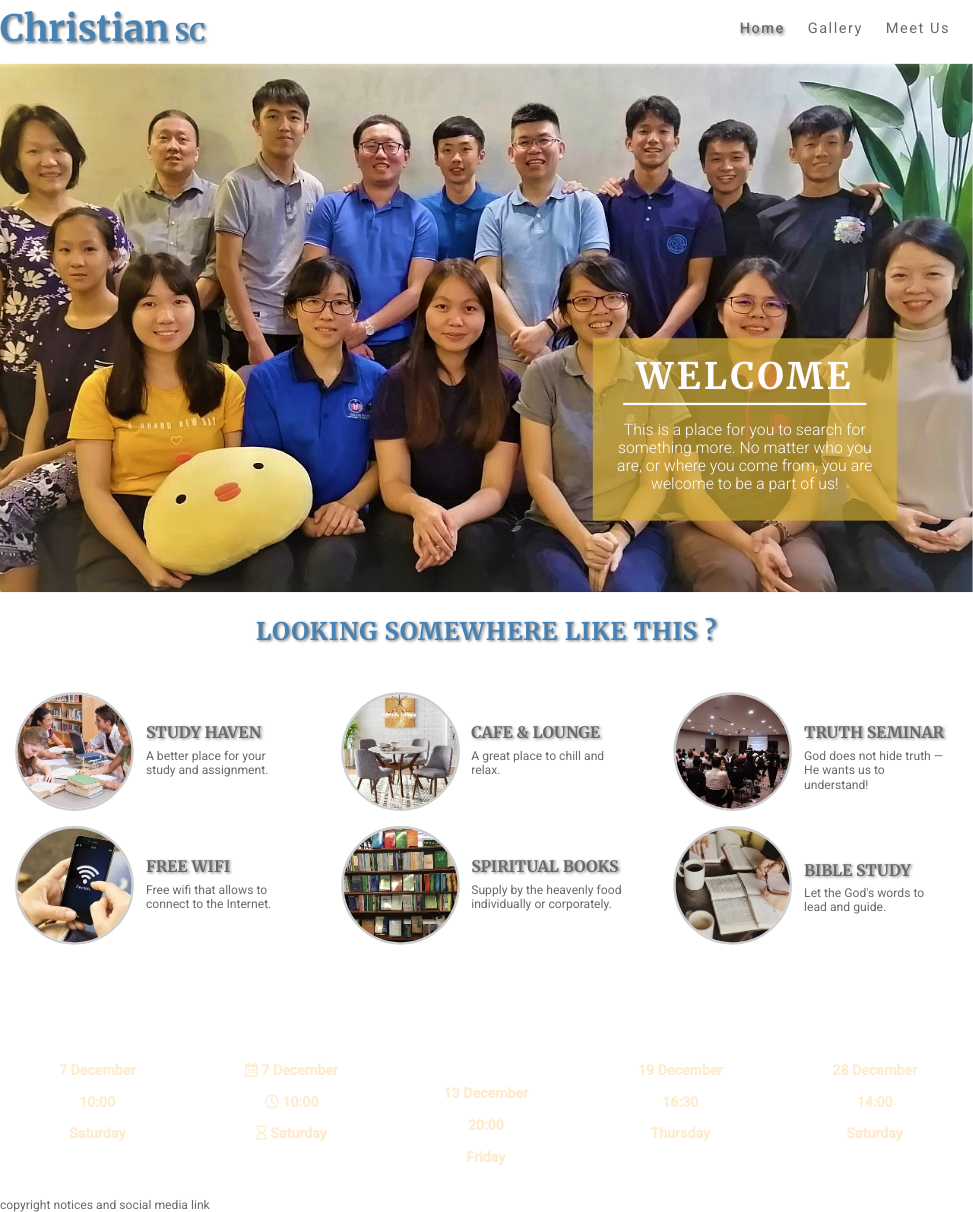
Repository: kongteckmee/christian-sc
Page: index.html
The author's editor kept a record of every edit. The page is drawn from the files as they stood at one moment, then again after the next edit.
The browser window is 1280 px wide. The pictures show the whole page, at 76% of full size.
Some web libraries are served in a nearby version.

Above is the page before.

### index.html
<!DOCTYPE html>
<html lang="en">
<head>
    <meta charset="UTF-8">
    <meta name="viewport" content="width=device-width, initial-scale=1.0">
    <meta http-equiv="X-UA-Compatible" content="ie=edge">
    <link rel="stylesheet" href="https://use.fontawesome.com/releases/v5.1.1/css/all.css" integrity="sha384-O8whS3fhG2OnA5Kas0Y9l3cfpmYjapjI0E4theH4iuMD+pLhbf6JI0jIMfYcK3yZ" crossorigin="anonymous">
    <link rel="stylesheet" href="assets/css/style.css" type="text/css" />
    <title>Christian Student Center</title>
</head>
<body>
    <header>
        <a id="logo" href="index.html">
            <h2><span style="font-size: 150%">Christian</span> SC</h2>
        </a>
        <nav>
            <ul id="scmenu">
                <li>
                    <a href="#">Meet Us</a>
                </li>
                <li>
                    <a href="#">Gallery</a>
                </li>
                <li>
                    <a class="scactive" href="index.html">Home</a>
                </li>
            </ul>
        </nav>
    </header>
    <section id="scmeetingrange">
        <div id="scmeeting"></div>
        <div id="welcome-text">
            <h1>Welcome</h1>
            <hr>
            <h3>This is a place for you to search for something more. No matter who you are, or where you come from, you are welcome to be a part of us!</h2>
        </div>
    </section>
    <section id="about">
        <h1>Looking Somewhere Like This ?</h1>
        <div id="left">
            <div class="left-right-side">
                <h2>Study Haven</h2>
                <br>
                <p>A better place for your study and assignment.</p>
            </div>
            <div id="container">
                <div id="contain-study"></div>
            </div>
            <div class="left-right-side">
                <h2>Free Wifi</h2>
                <br>
                <p>Free wifi that allows to connect to the Internet.</p>
            </div>
            <div id="container">
                <div id="contain-wifi"></div>
            </div>
        </div>
        <div id="right">
            <div class="left-right-side">
                <h2>Truth Seminar</h2>
                <br>
                <p>God does not hide truth — He wants us to understand!</p>
            </div>
            <div id="container">
                <div id="contain-seminar"></div>
            </div>
            <div class="left-right-side">
                <h2>Bible Study</h2>
                <br>
                <p>Let the God's words to lead and guide.</p>
            </div>
            <div id="container">
                <div id="contain-bible"></div>
            </div>
        </div>
        <div id="center">
            <div class="middle">
                <h2>Cafe & Lounge</h2>
                <br>
                <p>A great place to chill and relax.</p>
            </div>
            <div id="container">
                <div id="contain-cafe"></div>
            </div>
            <div class="middle">
                <h2>Spiritual Books</h2>
                <br>
                <p>Supply by the heavenly food individually or corporately.</p>
            </div>
            <div id="container">
                <div id="contain-books"></div>
            </div>
        </div>
    </section>
    <section id="event">
        <div>
            <h2>Cooking Class</h2>
            <h3>7 December</h3>
            <h3>10:00</h3>
            <h3>Saturday</h3>
        </div>
        <div>
            <h2>Cooking Class <i class="fas fa-utensils"></i></h2>
            <h3><i class="far fa-calendar-alt"></i> 7 December</h3>
            <h3><i class="far fa-clock"></i> 10:00</h3>
            <h3><i class="far fa-hourglass"></i> Saturday</h3>
        </div>
        <div>
            <h2>Life & Truth Seminar <i class="fas fa-chalkboard-teacher"></i></h2>
            <h3>13 December</h3>
            <h3>20:00</h3>
            <h3>Friday</h3>
        </div>
        <div>
            <h2>Soft Skill <i class="fas fa-lightbulb"></i></h2>
            <h3>19 December</h3>
            <h3>16:30</h3>
            <h3>Thursday</h3>
        </div>
        <div>
            <h2>Guitar Class <i class="fas fa-music"></i></h2>
            <h3>28 December</h3>
            <h3>14:00</h3>
            <h3>Saturday</h3>
        </div>
    </section>
    <footer>
        copyright notices and social media link
    </footer>
</body>
</html>

### assets/css/style.css
@import url('https://fonts.googleapis.com/css?family=Merriweather:500,600,700|Roboto:300,400,500');

* {
    margin: 0;
    padding: 0;
    border: 0;
}

body {
    font-family: 'Roboto', sans-serif;
    color: #696969; /*Grey color */
}

/* ------------------------------------------------------ Header */

#logo {
    float: left;
    text-decoration: none;
}

#logo h2 {
    font-family: 'Merriweather', serif;
    font-size: 200%;
    color: #4682b4; /* Steel Blue color */
    text-shadow: 2px 2px 4px #808080;
}

#scmenu {
    font-size: 120%;
    list-style-type: none;
    letter-spacing: 2px;
}

#logo, #scmenu {
    line-height: 75px;
}

#scmenu li {
    float: right;
    margin-right: 30px;
}

#scmenu a {
    text-decoration: none;
    color: inherit;
}

#scmenu a:hover {
    color: #4682b4; /* Steel Blue color */
    font-weight: 500;
    text-shadow: 2px 2px 4px #808080;
}

.scactive {
    font-weight: 500;
    text-shadow: 2px 2px 4px #808080;
}

/* ------------------------------------------------------ Section: Welcome */

#scmeeting {
    height: 700px;
    width: 100%;
    background: url("../img/meeting-t.jpg") no-repeat center center;
}

#scmeetingrange {
    height: 700px;
    width: 100%;
    overflow: hidden;
}

#welcome-text {
    width: 400px;
    height: 220px;
    color: #fefcff; /* Milky white */
    background-color: rgba(212,175,55,.7);
    padding-top:20px;
    bottom: 35px; /* Fixed the welcome text box-bottom */
    right: 100px; /* Fixed the welcome text box-right */
    position: absolute;
}

#welcome-text h1 {
    margin-bottom: 5px;
    font-size: 300%;
    font-family: 'Merriweather', serif;
    text-transform: uppercase;
    text-align: center;
    letter-spacing: 4px;
}

hr {
    width: 80%;
    height: 3px;
    margin-left: auto;
    margin-right: auto;
    background-color:#fefcff; /* Milky white */
}

#welcome-text h3 {
    margin: 20px;
    font-size: 130%;
    font-weight: 300;
    text-align: center;
}

/* ------------------------------------------------------ Section: About */

#about {
    height: 500px;
}

#about h1 {
    margin-top: 30px;
    margin-bottom: 30px;
    font-family: 'Merriweather', serif;
    color: #4682b4; /* Steel Blue color */
    text-transform: uppercase;
    text-align: center;
    text-shadow: 2px 2px 4px #808080;
    font-size: 200%;
    letter-spacing: 1px;
}

#about h2 {
    font-family: 'Merriweather', serif;
    font-size: 130%;
    text-transform: uppercase;
    text-shadow: 2px 2px 4px #808080;
}

#left {
    margin-right: 30px;
    padding-top: 30px;
    width: 30%;
    float: left;
}

#right {
    margin-right: 30px;
    padding-top: 30px;
    width: 30%;
    float: right;
}

#center {
    padding-top: 30px;
    width: 33%;
    margin: 0 auto; /* center the div */
}

br {
    display: block;
    content: "";
    margin: 2em;
    font-size: 24%; /* spacing */
}

.left-right-side {
    width: 50%;
    float: right;
    padding-top: 40px;
    clear: both;
    margin-left: 20px;
    margin-bottom: 50px;
}

.middle {
    width: 50%;
    float: right;
    padding-top: 40px;
    margin-right: 20px;
}

#container {
    width: 150px;
    height: 150px;
    border: 3px solid #cccccc;
    border-radius: 50%;
    margin-left: 20px;
    margin-bottom: 20px;
}

#contain-study {
    background: url("../img/study-group.jpg") no-repeat center center;
    height: 100%;
    border-radius: 50%;
}

#contain-wifi {
    background: url("../img/free-wifi.jpg") no-repeat center center;
    height: 100%;
    border-radius: 50%;
}

#contain-seminar {
    background: url("../img/truth-seminar.jpg") no-repeat center center;
    height: 100%;
    border-radius: 50%;
}

#contain-bible {
    background: url("../img/bible-study.jpg") no-repeat center center;
    height: 100%;
    border-radius: 50%;
}

#contain-cafe {
    background: url("../img/cafe.jpg") no-repeat center center;
    height: 100%;
    border-radius: 50%;
}

#contain-books {
    background: url("../img/spiritual-book.jpg") no-repeat center center;
    height: 100%;
    border-radius: 50%;
}

/* ------------------------------------------------------ Section: Event */

#event {
    height: 250px;
    /*background-color: #a9a9a9;*/
}

#event div {
    color: #ffebcd;
    width: 19.2%;
    height: 90%;
    float: left;
    padding-top: 30px;
    text-align: center;
    margin: 5px;
}

#event h2 {
    color: #ffffff;
    font-family: 'Merriweather', serif;
    margin-bottom: 20px;
}

#event h3 {
    margin-top: 20px;
}

.grey {
    background-color: rgba(105,105,105,.8);
}

.black h2 {

}

.green {
    background-color: rgba(102,102,0,.8);
}

/* ------------------------------------------------------ Footer */

After the next edit:
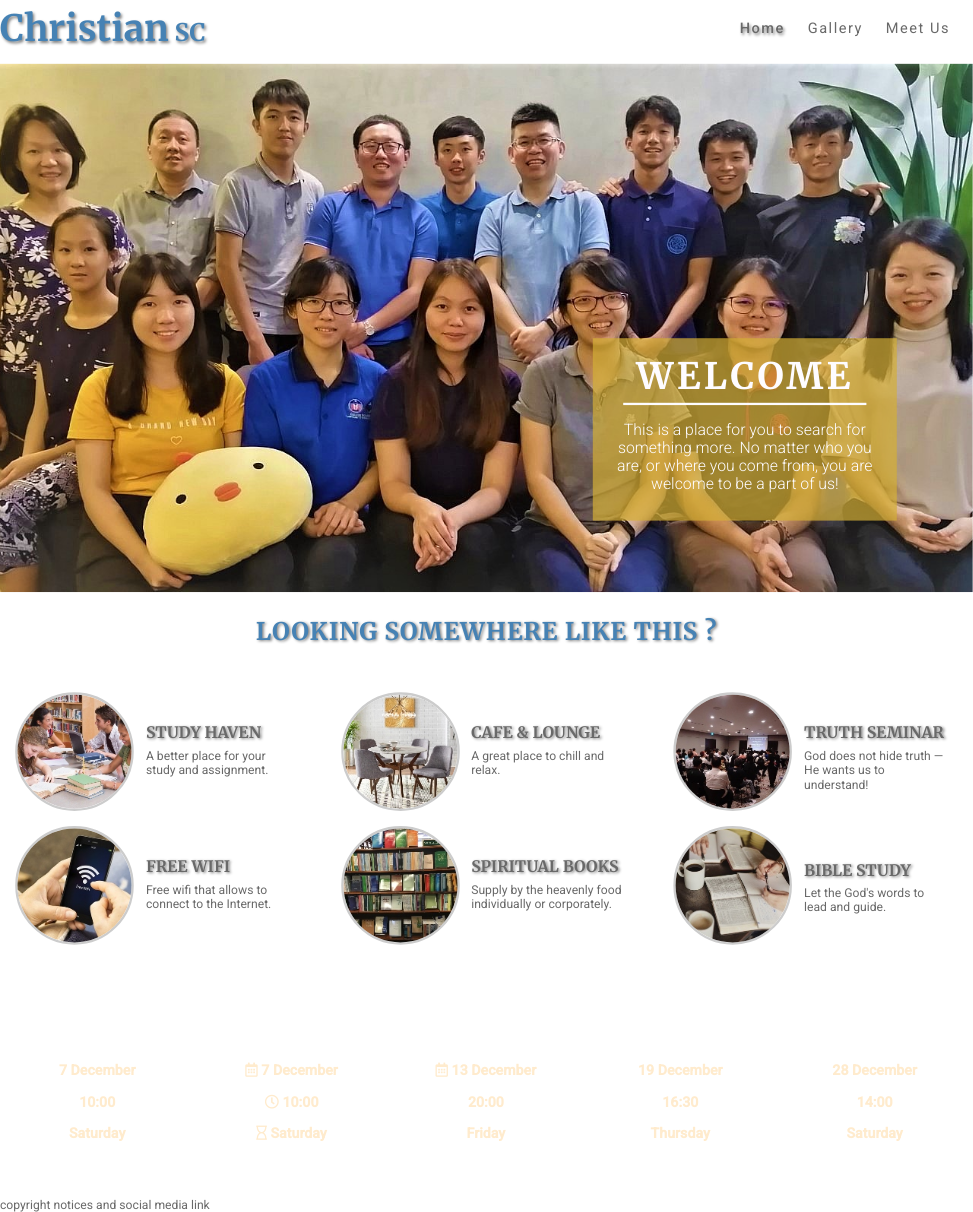
The edit:
--- a/index.html
+++ b/index.html
@@ -106,8 +106,8 @@
             <h3><i class="far fa-hourglass"></i> Saturday</h3>
         </div>
         <div>
-            <h2>Life & Truth Seminar <i class="fas fa-chalkboard-teacher"></i></h2>
-            <h3>13 December</h3>
+            <h2>Truth Seminar <i class="fas fa-chalkboard-teacher"></i></h2>
+            <h3><i class="far fa-calendar-alt"></i> 13 December</h3>
             <h3>20:00</h3>
             <h3>Friday</h3>
         </div>
